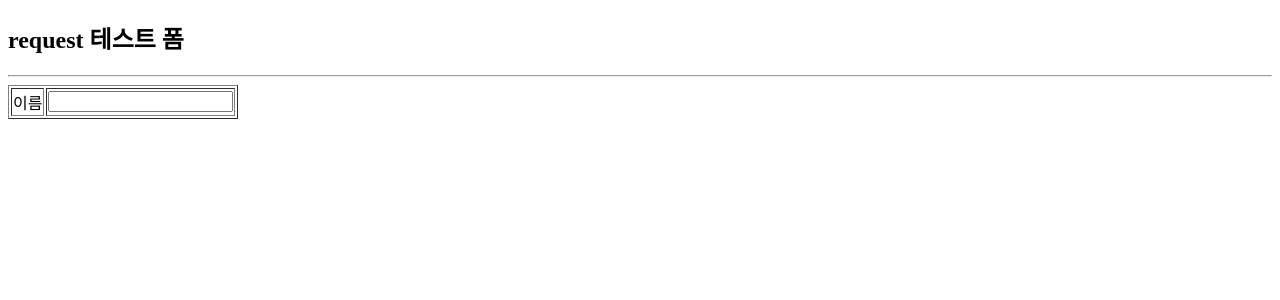
Repository: jemin7709/InternetProgramming2
Page: Pj/WebContent/request_test.html
The author's editor kept a copy of each file at every save. The page is drawn from the files as they stood at one save, then again after the next save.
The browser window is 1280 px wide. The pictures show the whole page.

Above is the page before, as saved 2021-05-13 11:58:17.

After the next save:
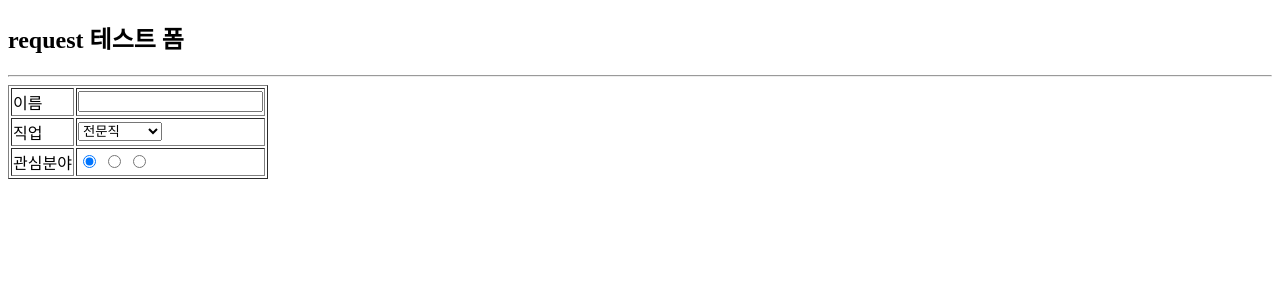
Saved 5 min 41 s later.
--- a/Pj/WebContent/request_test.html
+++ b/Pj/WebContent/request_test.html
@@ -10,8 +10,24 @@
 <table border="1px">
 	<tbody>
 		<tr>
-			<td>이름</td><td><input type="text" name="name"></td>
+			<td>이름</td>
+			<td><input type="text" name="name"></td>
 		</tr>
+		<tr>
+			<td>직업</td>
+			<td><select>
+				<option selected="selected">전문직</option>
+				<option>계약직</option>
+				<option>아르바이트</option>
+			</select></td>
+		</tr>
+		<tr>
+			<td>관심분야</td>
+			<td>
+				<input type="radio" name="category" value="정치" checked="checked">
+				<input type="radio" name="category" value="사회">
+				<input type="radio" name="category" value="정보통신">
+			</td>
 	</tbody>
 </table>
 </body>
